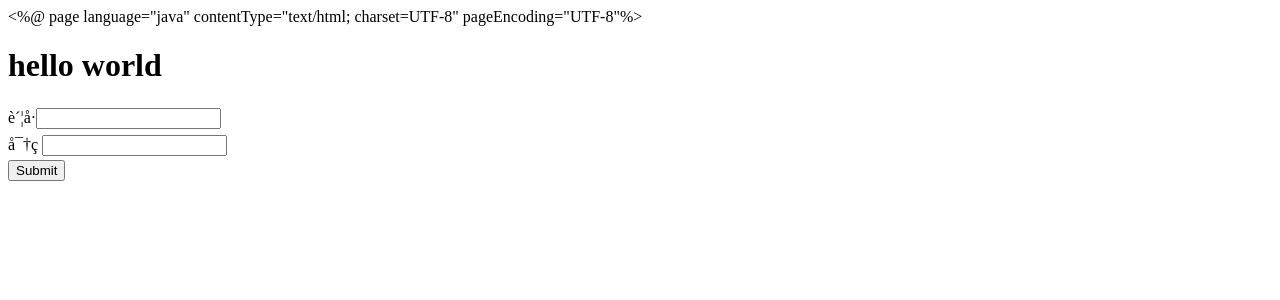
Repository: jarvanstack/vscode
Page: HTML/demo.html
An editor plug-in stored every save of this project. The page is shown before and after the next save, followed by the edit.
The browser window is 1280 px wide. The pictures show the whole page.

Above is the page before, as saved 2020-06-15 19:54:49.

After the next save:
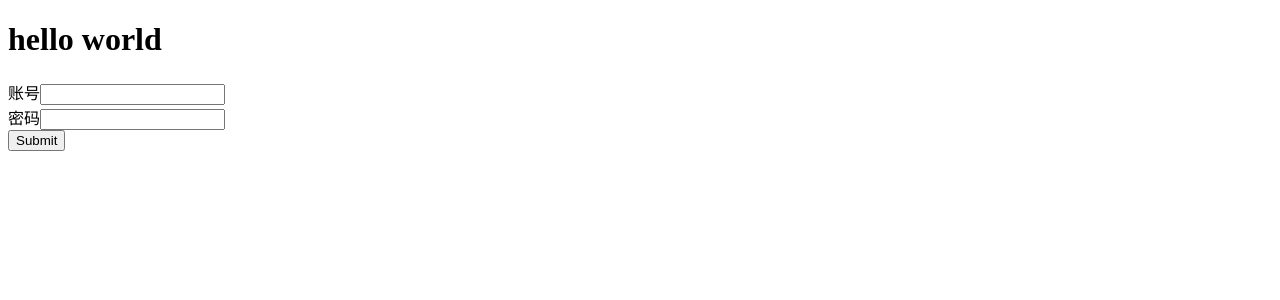
Saved 23 s later.
--- a/HTML/demo.html
+++ b/HTML/demo.html
@@ -1,5 +1,3 @@
-<%@ page language="java" contentType="text/html; charset=UTF-8"
-         pageEncoding="UTF-8"%>
 <!DOCTYPE html>
 <html>
 <h1>hello world</h1>
